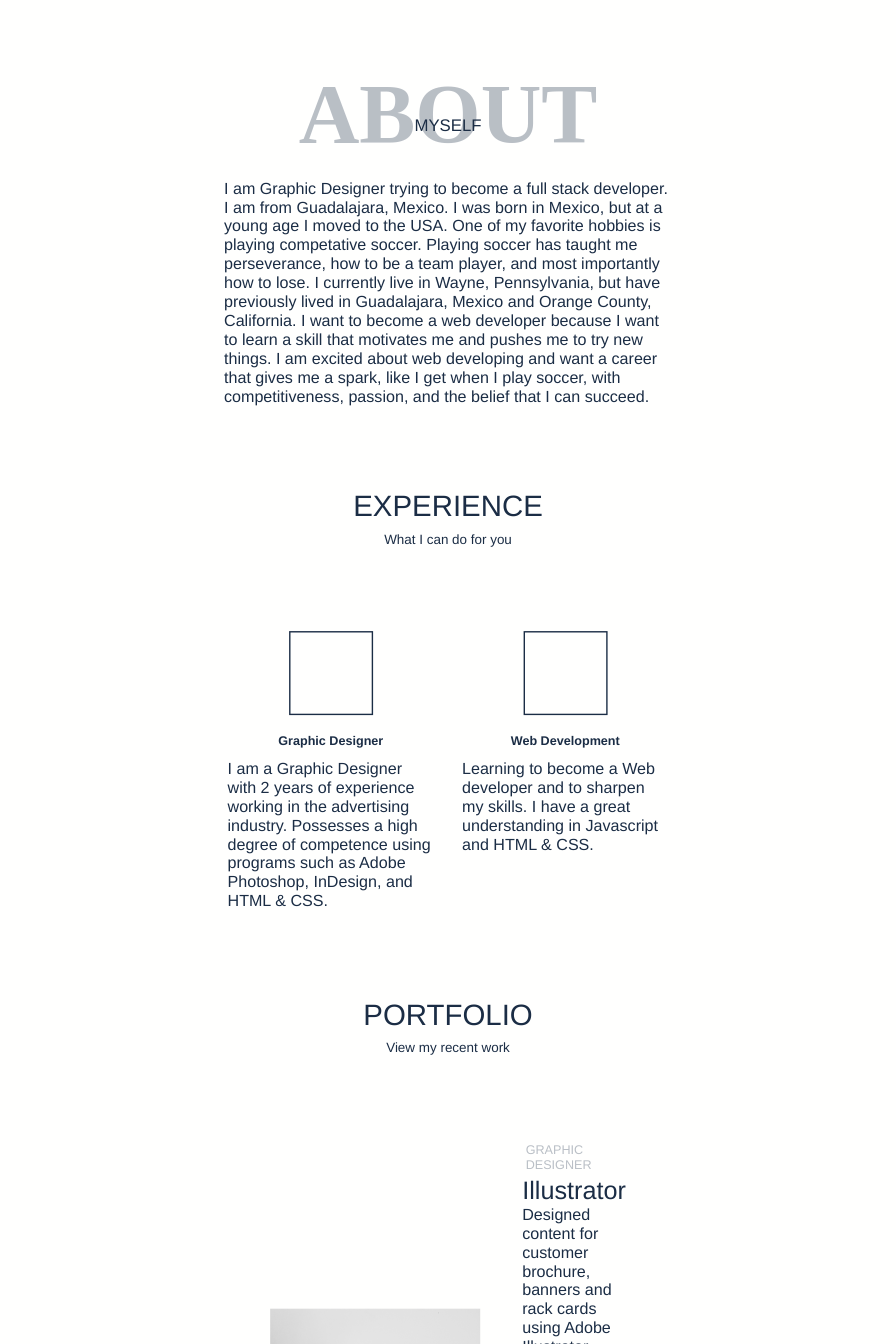
Repository: jb150524/JB-Portfolio
Page: index.html
The author's editor kept a copy of each file at every save. The page is drawn from the files as they stood at one save, then again after the next save.
The browser window is 1280 px wide. The pictures show the part of the page from y = 652 to 2572 px (the page is 4178 px tall), at 70% of full size.
Some icons come from a web library that is not loaded, so they are not drawn.

Above is the page before, as saved 2021-07-24 19:33:10.

### index.html
<!DOCTYPE html>
<!-- saved from url=(0053)file:///Users/jja/FullStack_HW/juanwebsite/index.html -->

    <html lang="en"><head><meta http-equiv="Content-Type" content="text/html; charset=UTF-8">

    <meta http-equiv="X-UA-Compatible" content="IE=edge">
    <meta name="viewport" content="width=device-width, initial-scale=1.0">

    <!-- CSS style sheet -->
    <link rel="stylesheet" href="style.css">



    <title>Juan's Portfolio</title>
    </head>

    <body>
    <header>
      <nav class="top-nav">
       <ul class="nav-list">
       <li>
       <a href="file:///Users/jja/FullStack_HW/juanwebsite/index.html">Home</a>
       <a href="file:///Users/jja/FullStack_HW/juanwebsite/index.html#about">About</a>
       <a href="file:///Users/jja/FullStack_HW/juanwebsite/index.html#portfolio">Portfolio</a>
       <a href="file:///Users/jja/FullStack_HW/juanwebsite/index.html#resume">Resume</a>
       <a href="file:///Users/jja/FullStack_HW/juanwebsite/index.html#contact">Contact</a>
       </li>
      </ul>
      </nav>

    <div class="main">
      <div class="landing-text">
        <h1>JuanByrne</h1>
        <h6>Graphic Designer and Web Developer</h6>
      </div>
    </div>
    </header>

    <section class="about" id="about">
      <div class="container">
        <a class="about-details">
        <div class="about-heading">
        <h1>About</h1>
        <h6>Myself</h6>
      </div>
        <p>
        I am Graphic Designer trying to become a full stack developer. I am from Guadalajara, Mexico. I was born in Mexico, but at a young age I moved to the USA. One of my favorite hobbies is playing competative soccer. Playing soccer has taught me perseverance, how to be a team player, and most importantly how to lose. I currently live in Wayne, Pennsylvania, but have previously lived in Guadalajara, Mexico and Orange County, California. I want to become a web developer because I want to learn a skill that motivates me and pushes me to try new things. I am excited about web developing and want a career that gives me a spark, like I get when I play soccer, with competitiveness, passion, and the belief that I can succeed.
        </p>
        </a>
        </div>
        </section>
        <a class="about-details">
          <section class="experience" id="experience">
            <div class="container">
                <div class="section-heading">
                <h1>Experience</h1>
                <h6>What I can do for you</h6>
            </div>
        <div class="my-skills">
          <div class="skills" .="icons">
           <div class="icon-container">
            <i class="fas fa-code"></i>
          </div>
          <h1>Graphic Designer</h1>
            <p>
            I am a Graphic Designer with 2 years of experience working in the advertising industry. Possesses a high degree of competence using programs such as Adobe Photoshop, InDesign, and HTML & CSS.
            </p>
        </div>

        <div class="skills" .="">
          <div class="icon-container">
          <i class="fas fa.layer"></i>
          </div>
          <h1>Web Development</h1>
          <p>
          Learning to become a Web developer and to sharpen my skills. I have a great understanding in Javascript and HTML & CSS.
          </p>
        </div>
        </div>
        </div>
        </section>
        </a>
        <section class="portfolio" id="portfolio"><a class="about-details">
          </a>
          <div class="container"><a class="about-details">
          <div class="section-heading">
           <h1>Portfolio</h1>
           <h6>View my recent work</h6>
        </div>
          </a>
          <div class="portfolio-item"><a class="about-details">
          <div class="portfolio-img has-margin-right">
            <img src="images/desk.jpg" alt="">
          </div>
            </a><div class="portfolio-description"><a class="about-details">
              <h6>Graphic Designer</h6>
              <h1>Illustrator</h1>
              <p>
              Designed content for customer brochure, banners and rack cards using Adobe Illustrator, Adobe InDesign and Photoshop.
              </p>
            </a><a href="file:///Users/jja/FullStack_HW/juanwebsite/index.html#" class="cta"> View Details</a>
        </div>
        </div>
        <div>
        <div class="portfolio-item">
          <div class="portfolio-img has-margin-right">
            <img src="images/laptop.jpg" alt="">
            </div>
            <div class="portfolio-description">
            <h6>Web Development</h6>
            <h1>JavaScript</h1>
            <p>
            Lorem ipsum dolor sit amt, consectetur adipiscing elit, sed do eiusmod
            </p>
            <a href="file:///Users/jja/FullStack_HW/juanwebsite/index.html#" class="cta"> View Details</a>
            </div>
        </div>
        <div>
          <div class="portfolio-item">
            <div class="portfolio-img has-margin-right">
            <img src="images/notebook.jpg" alt="">
            </div>
            <div class="portfolio-description">
            <h6>HTML & CSS</h6>
            <h1>Website</h1>
            <p>
            Lorem ipsum dolor sit amt, consectetur adipiscing elit, sed do eiusmod
            </p>
            <a href="file:///Users/jja/FullStack_HW/juanwebsite/index.html#" class="cta"> View Details</a>
            </div>
            </div>
            </div>
          </div>
        </div>
        </section>

    <section class="resume" id="resume">
      <div class="container">
        <div class="section-heading">
        <h1>Resume</h1>
        <h6>brief details</h6>
      </div>

    <section class="contact" id="contact">
        <div class="container">
          <div class="section-heading">
          <h1>Contact Me</h1>
          <ul>
          <li>
          <h6>Let's work together</h6>
          <a href="file:///Users/jja/FullStack_HW/juanwebsite/www.linkedin.com/in/juan-byrne-43869ab7">LinkedIn</a>
          <a href="https://github.com/jb150524">Github</a>
          <a href="file:///Users/jja/FullStack_HW/juanwebsite/juan1505@gmail.com">Gmail</a>
          </li>
          </ul>
        </div>
       </div>
    </section>

    <footer class="copyright">
      <div class="up" id="up">
       <i class="fas fa-chevron-up"></i>
      </div>
      <p>© 2021 Juan Byrne</p>
    </footer>
  </div>
  </section>

   <!-- adding icons -->
   <script src="https://fontawesome.com/v5.15/icons/code?style=solid" crossorigin="anonymous"></script>

</body>
</html

### style.css
/* Start global*/

* {
    margin: 0;
    padding: 0;
    box-sizing: border-box;
}

html {
    font-size: 12px;
    font-family: Helvetica, sans-serif;
    /* color: rgb(255, 255, 255); */
}

body {
    width: 100%;
    height: 100%;
    background-color: #fffffe;
    background-size: cover;
}

section {
    padding: 60px 0;
}

h6 {
    color: #1b2d45;
    margin: 5px;
}

a {
    text-decoration: none;
    color: #1b2d45;
}

p {
   font-size: 23px;
   font-weight: 300;
   color: #1b2d45;
}



img {
    max-width: 100%;
    height: auto;
}

.main {
    padding: 16px;
    margin-top: 30px;
    height: 1500px; /* Used in this example to enable scrolling */
  }

/* Start reusable*/

.container {
    width: 50%;
    max-width: 120rem;
    height: 100%;
    margin: 0 auto;
    position: relative;
}

.container-details p {
    font-size: 200px;
    padding: 35px;
}

.section-heading {
    text-align: center;
    margin-bottom: 10rem;
}

.section-heading h1 {
    font-family: major mono display, Helvetica, sans-serif;
    font-size: 3.5rem;
    color: #1b2d45;
    text-transform: uppercase;
    font-weight: 300;
    position: relative;
    margin-bottom: 1rem;
}

.section-heading h1::before,
.section-heading h1::after {
    content: "";
    position: absolute;
    bottom: -.5rem;
    left: 50%;
    transform: translateX(-59%);
    background: color #fff8e8;
}

.section-heading h1::before {
    width: 10rem;
    height: 3px;
    border-radius: .8rem;
}

.section-heading h1::after {
    height: 1.5rem;
    border-radius: .100%;
    bottom: 1rem;
}

.section-heading h6 {
    font-size: 1.6rem;
    font-weight: 300;
    margin-bottom: 50px;
}

.has-margin-right {
    margin-right: 5rem;
}
/* End reusable*/

/* Start header*/
header {
    width: 100%;
    height: 100vh;
}

.nav-list {
    z-index: 2;
    top: 0;
    background:#00ebc7;
    overflow: hidden;
    font-size: 35px;
    font-family: major mono display;
    margin: 0;
    padding: 20px;
    position: fixed;
    list-style: none;
    width: 100%;
    display: flex;
    justify-content: center;
    align-items: flex-start;
    text-decoration: none;
}

li {
    margin: 0;
    list-style: none;
}

.nav-link {
    font-family: Arial, Helvetica, sans-serif;
    font-size: 15px;
    padding: 5px;
}

.nav-link:hover,
.nav-ink:focus {
    background: linear-gradient(to top, #5725b3, #9e91e9 );
    -webkit-background-clip: text;
    -webkit-text-fill-color: transparent;

}

.landing-text{
    position: absolute;
    top: 50%;
    left: 50%;
    transform: translate(-50%, -50%);
    width: 100%;
    text-align: center;
    z-index: 1;
}

.landing-text h1 {
    font-size: 150px;
    font-family: major mono display, Helvetica, sans-serif, Helvetica, sans-serif;
    background: linear-gradient(to top, #110202, #000000 );
    -webkit-background-clip: text;
    -webkit-text-fill-color: transparent;
    padding: 1rem;
    user-select: none;

}

.landing-text h6 {
    font-size: 2rem;
    font-weight: 300;
}
/* End header*/

.about .container {
    display: flex;
    align-items: center;
    justify-content: center;
}

.about-heading {
    text-align: center;
    text-transform: uppercase;
    line-height: 10px;
    margin-bottom: 6rem;
}

.about-heading h1 {
    font-size: 10rem;
    opacity: .3;
    font-family: major mono display;
}

.about-heading h6 {
    font-size: 2rem;
    font-weight: 300;
}

.about-container p {
   font-size: 50px;
}

.profile-img {
    max-width: 100%;
    display: inline-block;
}

/* Start services*/

.my-skills {
    margin-top: 10rem;
    display: grid;
    grid-template-columns: repeat(auto-fit, minmax(25rem, 1fr));
    grid-gap: 2.5rem;
    text-align: center;
}

.skill {
    display: flex;
    flex-direction: column;
    justify-content: center;
    align-items: center;
    padding: 2rem;
}

.skills p {
    padding: 15px 5px 5px 5px;
    text-align: left;
}

.skill h1 {
    text-transform: uppercase;
    letter-spacing: 2px;
    margin: 2rem -2px 2rem 0;
}

.icon-container {
    width: 10rem;
    height: 10rem;
    border: 2px solid #1b2d45;
    background-color: 00ebc7;
    margin-bottom: 2rem;
    display: inline-block;
}

.icon-container i {
    color:#1b2d45;
    font-size: 5rem;
    margin: auto;
}
/* End services*/

/* Start portfolio*/

.portfolio-item {
    display: flex;
    align-items: end;
    justify-content: center;
    flex-direction: row;
    flex-wrap: wrap;
    align-content: stretch;
    margin-bottom: 50px;

}
.portfolio-img {
    width: 300px;
    height: 200px;
    background-size: 100%;
}

.portfolio-item:last-child {
    margin: 0;
}

.portfolio-description {
    flex: .5;
    color: #1b2d45;

}

.portfolio-description h1 {
    font-size: 3rem;
    font-weight: 300;
    margin: 1px 0;
    display: contents;
}

.portfolio-description h6 {
    font-size: 1.5rem;
    text-transform: uppercase;
    font-weight: 300;
    opacity: 0.3;
}

.portfolio-description .cta {
    display: inline-block;
    margin-top: 2.5rem;
    font-size: 1.5rem;
    text-transform: uppercase;
    color: #fffffe;
    transition: color 650ms;
}

.portfolio-description .cta:hover {
    color: #2f67cd;
}
/* End portfolio*/


/*Star contact*/

.contact {
    background-color:#00ebc7;
}

.contact a {
    font-weight: bold;
    margin: 10px;
    margin-top: 20px;
    padding: 15px 0;
    text-align: center;
    font-size: 25px;
}

/*End contact*/

/*Star footer*/

.copyright {
    width: 100%;
    text-align: center;
    background-color:#ff5470;
    padding: 2rem 0;
    position: absolute;
    display: block;
}

/* .up {
    position: absolute;
    width: 5rem;
    height: 5rem;
    background-color: burlywood;
    top: -2.5rem;
    right: 5rem;
    border-radius: 100%;
    display: flex;
    animation: pulse 2s infinite;
    cursor: pointer;
}

.up i {
    color: navy;
    font-size: 2rem;
    margin: auto;
} */

.copyright p {
    font-size: 1.4rem;
}
/*End footer*/

/*Start Button animation*/

@keyframes pulse {
    0%{
        box-shadow: 0 0 0 0 rgba(253, 87, 191, 0.99);
    }
    70%{
        box-shadow: 0 0 0 2rem rgba(253, 87, 191, 0);
    }
    100%{
        box-shadow: 0 0 0 0 rgba(253, 87, 191, 0);
    }
}
/*End Button animation*/

/*Start media queries*/

@media screen and (max-width: 768px) {
    body {
        background-color: #fffffe;
        background-size: cover;
    }

    .landing-text h1 {
        font-size: 70px;
    }

    .landing-text h6 {
        font-size: 1.7rem;
    }

    .nav-list {
        font-size: 15px;
    }

    li {
        margin: 2rem 0;
    }

    .nav-ink {
        font-size: 4.5rem;
    }

    .about-heading {
        font-size: 15px;
    }

    .section-heading h1 {
        font-size: 3rem;
    }

    .about-details .nav-list {
        flex-direction: initial;
    }

    .about-details li {
        font-size: 10px;
        margin: 0 2rem;
    }

@media screen and (max-width: 600px) {

    .landing-text h1 {
        font-size: 8rem;
    }

    .landing-text h6 {
        font-size: 1.4rem;
    }

    .nav-link {
        font-size: 3.5rem;
    }

    .profile-img {
        margin-top: 0 0 7rem 0;
    }

    .portfolio-item {
        flex-direction: column;
    }

    .portfolio-img {
        margin: 0 0 2rem 0;
        order: 1;
    }

    .portfolio-description {
        margin: 0;
        order: 2;
    }

    form {
        width: 100%;
    }

    .up {
        right: 2rem;
    }
}
/*End media queries*/

After the next save:
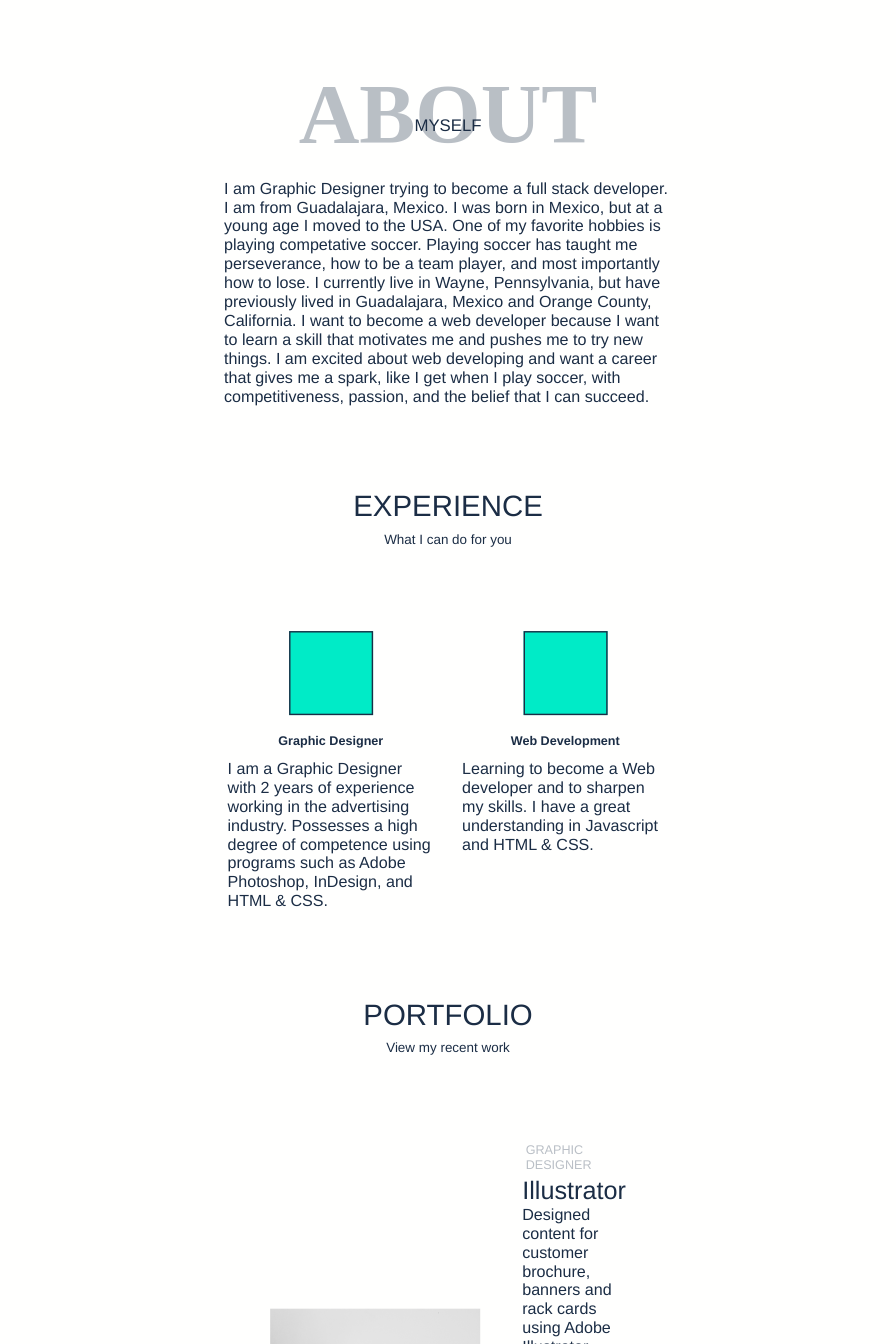
Saved 9 s later.
--- a/style.css
+++ b/style.css
@@ -251,7 +251,7 @@ li {
     width: 10rem;
     height: 10rem;
     border: 2px solid #1b2d45;
-    background-color: 00ebc7;
+    background-color: #00ebc7;
     margin-bottom: 2rem;
     display: inline-block;
 }
